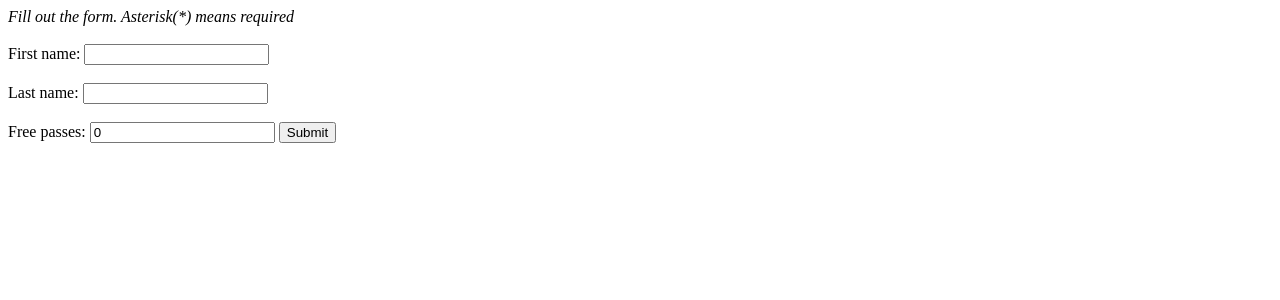
Repository: Thomas85198/SpringTest
Page: http://localhost/spring-mvc-demo/customer/showForm
An editor plug-in stored every save of this project. The page is shown before and after the next save, followed by the edit.
The browser window is 1280 px wide. The pictures show the whole page.
The page is served by Tomcat 9.

Above is the page before, as saved 2020-01-12 14:25:30.

After the next save:
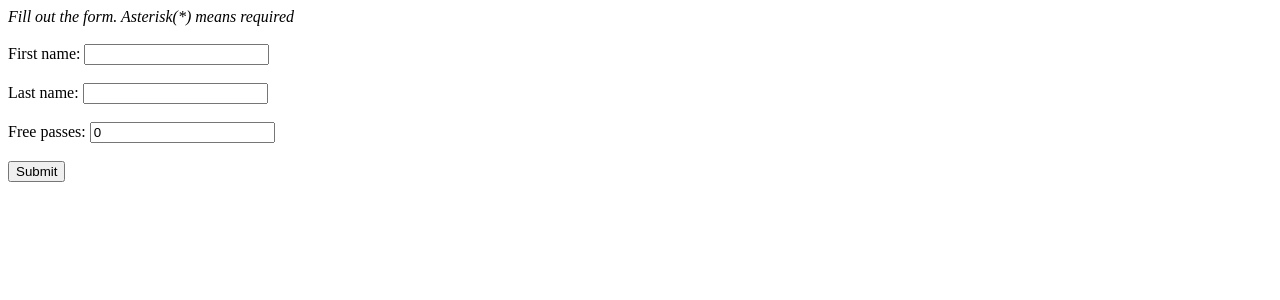
Saved 83 s later.
--- a/spring-mvc-demo/WebContent/WEB-INF/view/customer-form.jsp
+++ b/spring-mvc-demo/WebContent/WEB-INF/view/customer-form.jsp
@@ -7,7 +7,9 @@
 <title>Customer Registration Form</title>
 
 <style>
-	.error{color:red}
+.error {
+	color: red
+}
 </style>
 </head>
 <body>
@@ -27,8 +29,11 @@
 		<br>
 		<br>
 
-		Free passes: <form:input path="freePasses"/>
-		<form:errors passes="freePasses" cssClass="error"/>
+		Free passes: <form:input path="freePasses" />
+		<form:errors passes="freePasses" cssClass="error" />
+
+		<br>
+		<br>
 
 		<input type="submit" value="Submit" />
 
